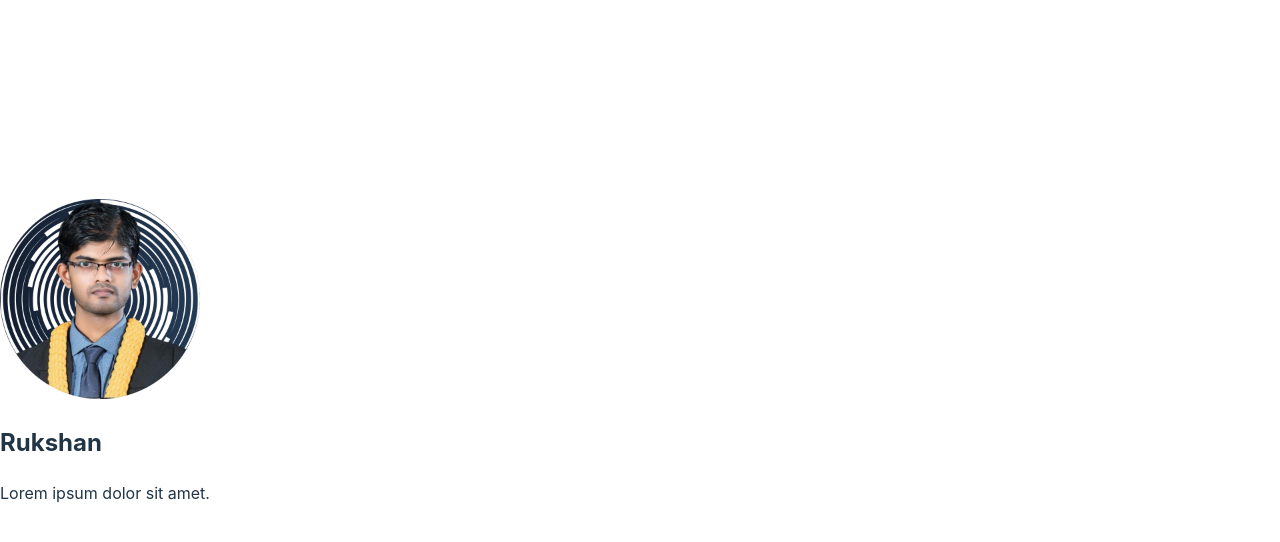
Repository: rkrukshan/ToDo-List
Page: /
The author's editor kept a copy of each file at every save. The page is drawn from the files as they stood at one save, then again after a run of saves.
The browser window is 1280 px wide. The pictures show the whole page.
The project was rebuilt for these pictures with package versions that can differ from the ones it lists, and the page was loaded fresh each time. Also part of the build but not shown: vite.config.js.

Above is the page before, as saved 2024-07-17 14:02:22.

### src/App.jsx
import Card from "./Card"

function App() {

  return (
   <Card/>
  )
}

export default App

### src/Card.jsx
import profilepic from "./assets/profile-pic.png";

function Card() {
  return (
    <div className="card">
      <img src={profilepic} alt="Profile Picture" height="200" width="200" />
      <h2>Rukshan</h2>
      <p>
        Lorem ipsum dolor sit amet.
      </p>
    </div>
  );
}

export default Card;

Loaded but not shown: index.html (common file); src/main.jsx (common file); src/index.css (common file)

After the next 3 saves:
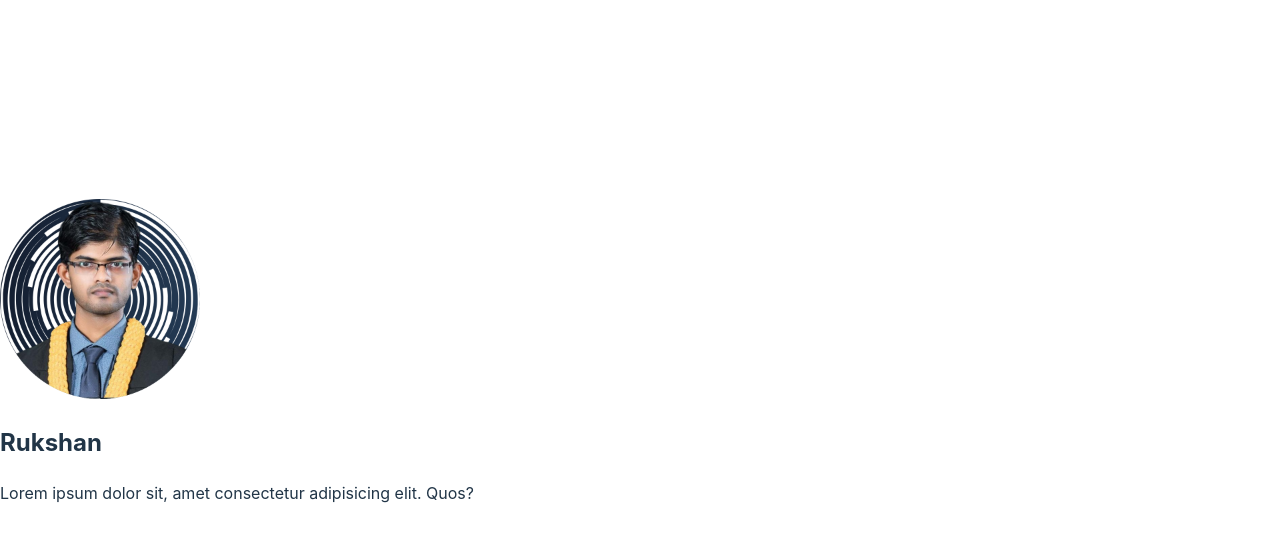
The 3 saves are shown as one change because they came seconds apart.
The last was saved 7 s later.
--- a/src/Card.jsx
+++ b/src/Card.jsx
@@ -6,7 +6,7 @@ function Card() {
       <img src={profilepic} alt="Profile Picture" height="200" width="200" />
       <h2>Rukshan</h2>
       <p>
-        Lorem ipsum dolor sit amet.
+        Lorem ipsum dolor sit, amet consectetur adipisicing elit. Quos?
       </p>
     </div>
   );
